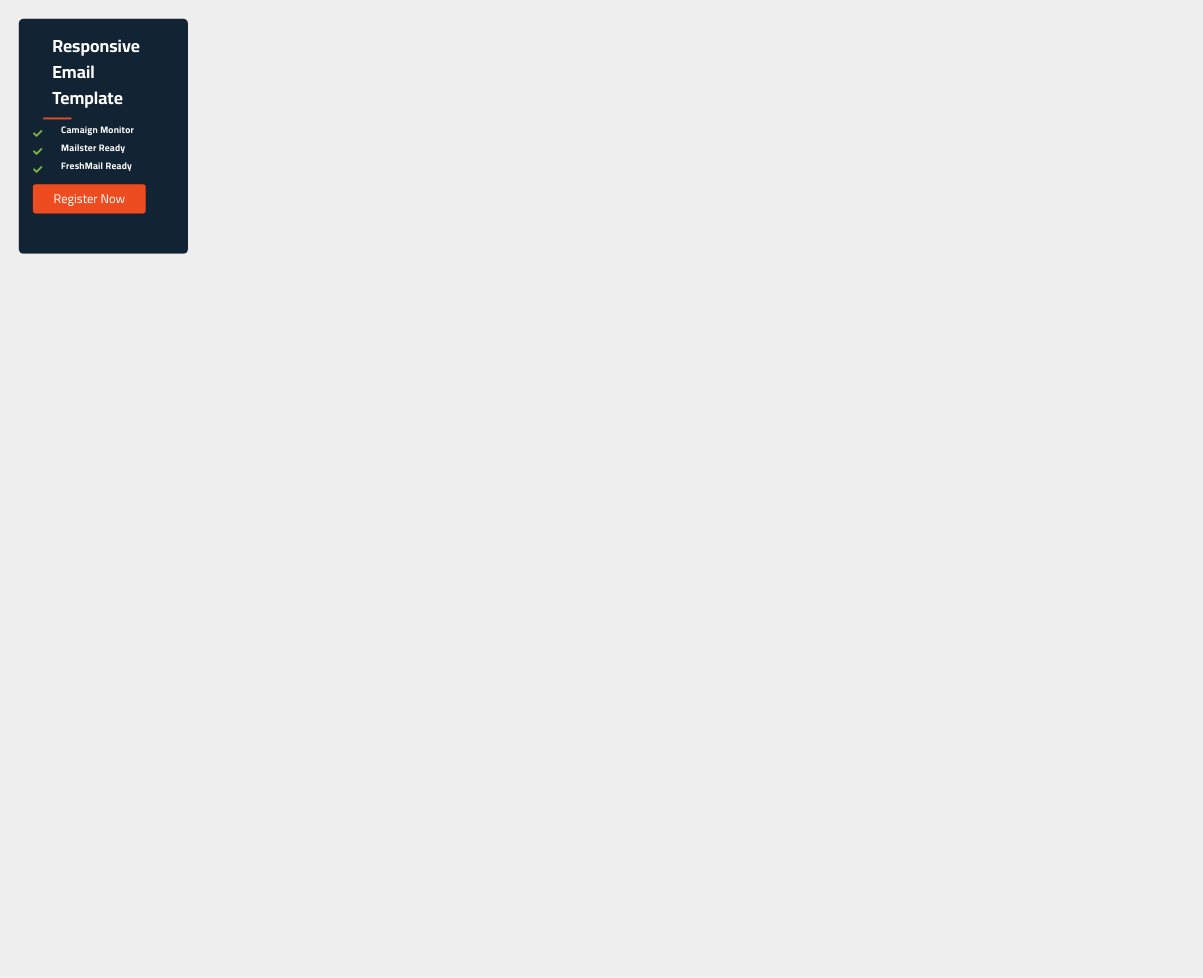
Repository: Z-ayat/Challenges
Page: Challenge 3/index.html
An editor plug-in stored every save of this project. The page is shown before and after the next save, followed by the edit.
The browser window is 1280 px wide. The pictures show the whole page, at 94% of full size.

Above is the page before, as saved 2021-09-03 23:48:53.

After the next save:
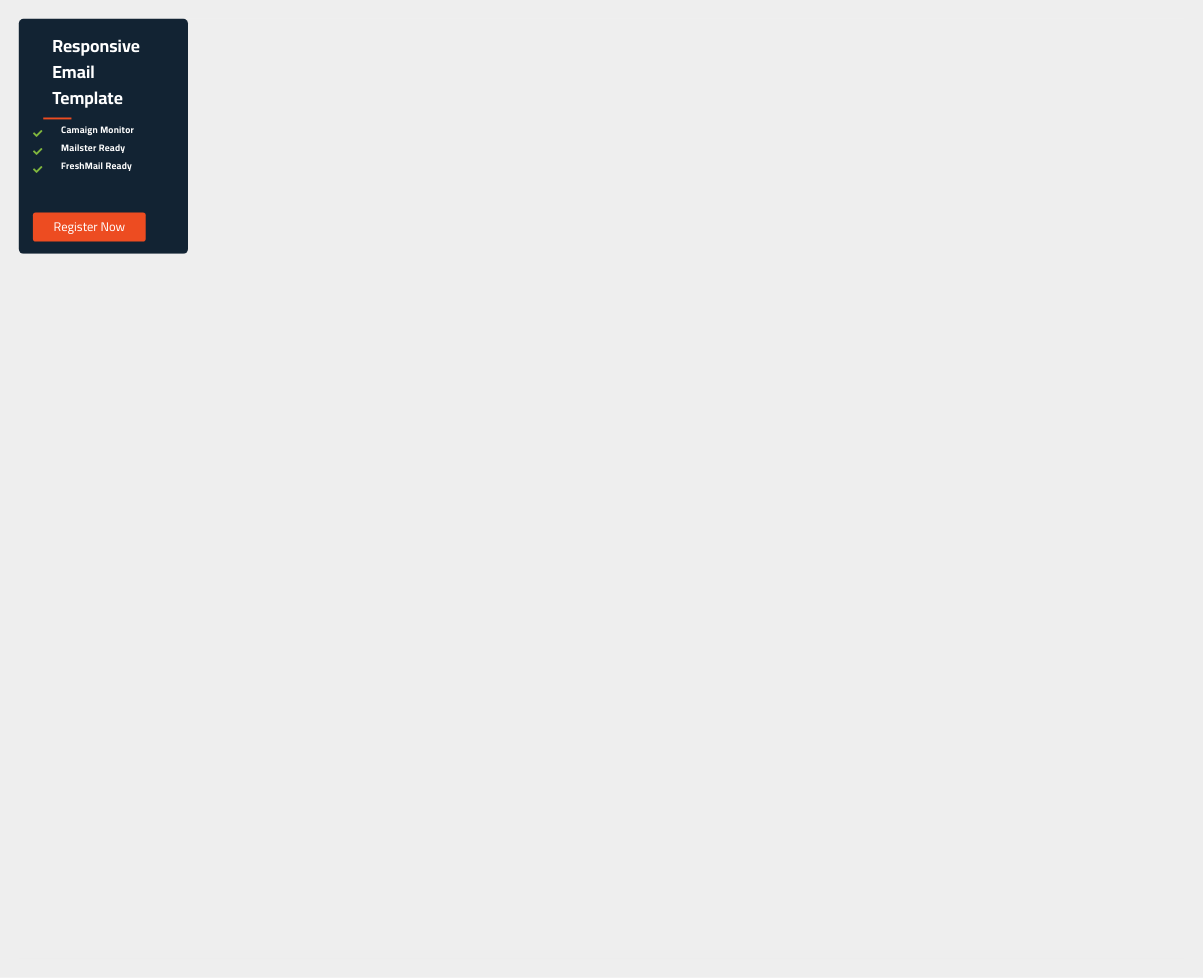
Saved 27 s later.
--- a/Challenge 3/styling/css/master.css
+++ b/Challenge 3/styling/css/master.css
@@ -95,7 +95,7 @@ h3 {
     outline: none;
     border: none;
     border-radius: 3px;
-    margin: 10px 0 20px 0px;
+    margin: 40px 0 20px 0px;
     font-family: var(--mainfont);
     -webkit-border-radius: 3px;
     -moz-border-radius: 3px;
